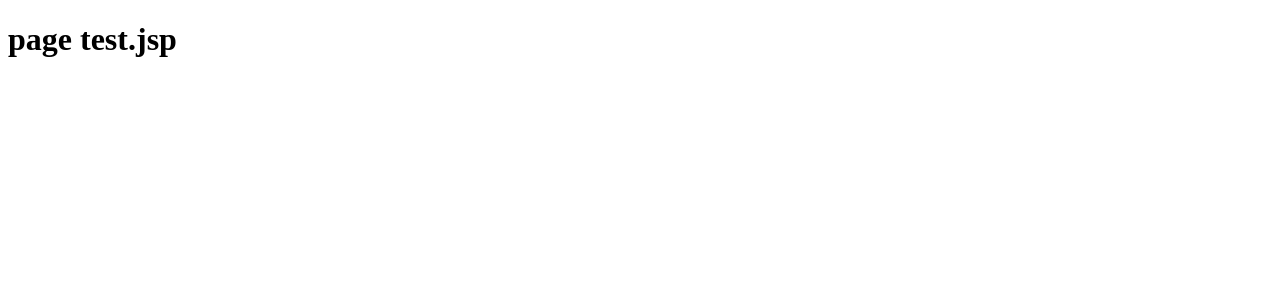
Repository: Moana007/javaee-workspace
Page: http://localhost/Site_cours/test
An editor plug-in stored every save of this project. The page is shown before and after the next save, followed by the edit.
The browser window is 1280 px wide. The pictures show the whole page.
The page is served by Tomcat 9.

Above is the page before, as saved 2019-01-28 15:17:35.

After the next save:
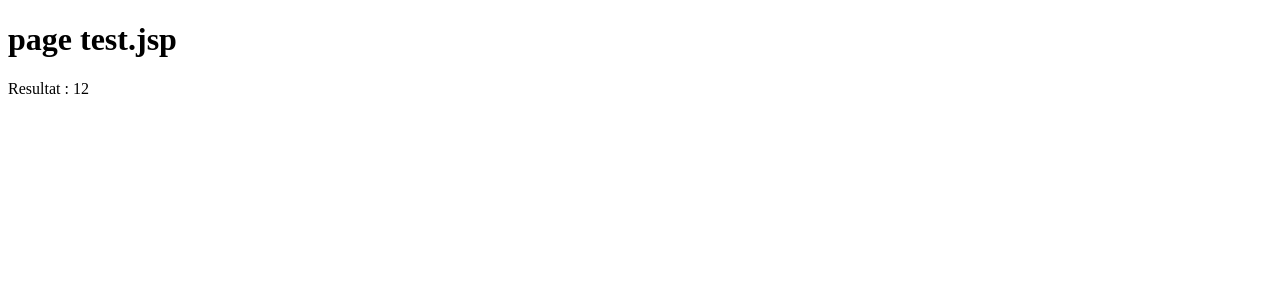
Saved 77 s later.
--- a/Site_cours/WebContent/WEB-INF/test.jsp
+++ b/Site_cours/WebContent/WEB-INF/test.jsp
@@ -7,5 +7,6 @@
 <body>
 
 <h1>page test.jsp</h1>
+<p>Resultat : ${4*3}</p>
 </body>
 </html>
